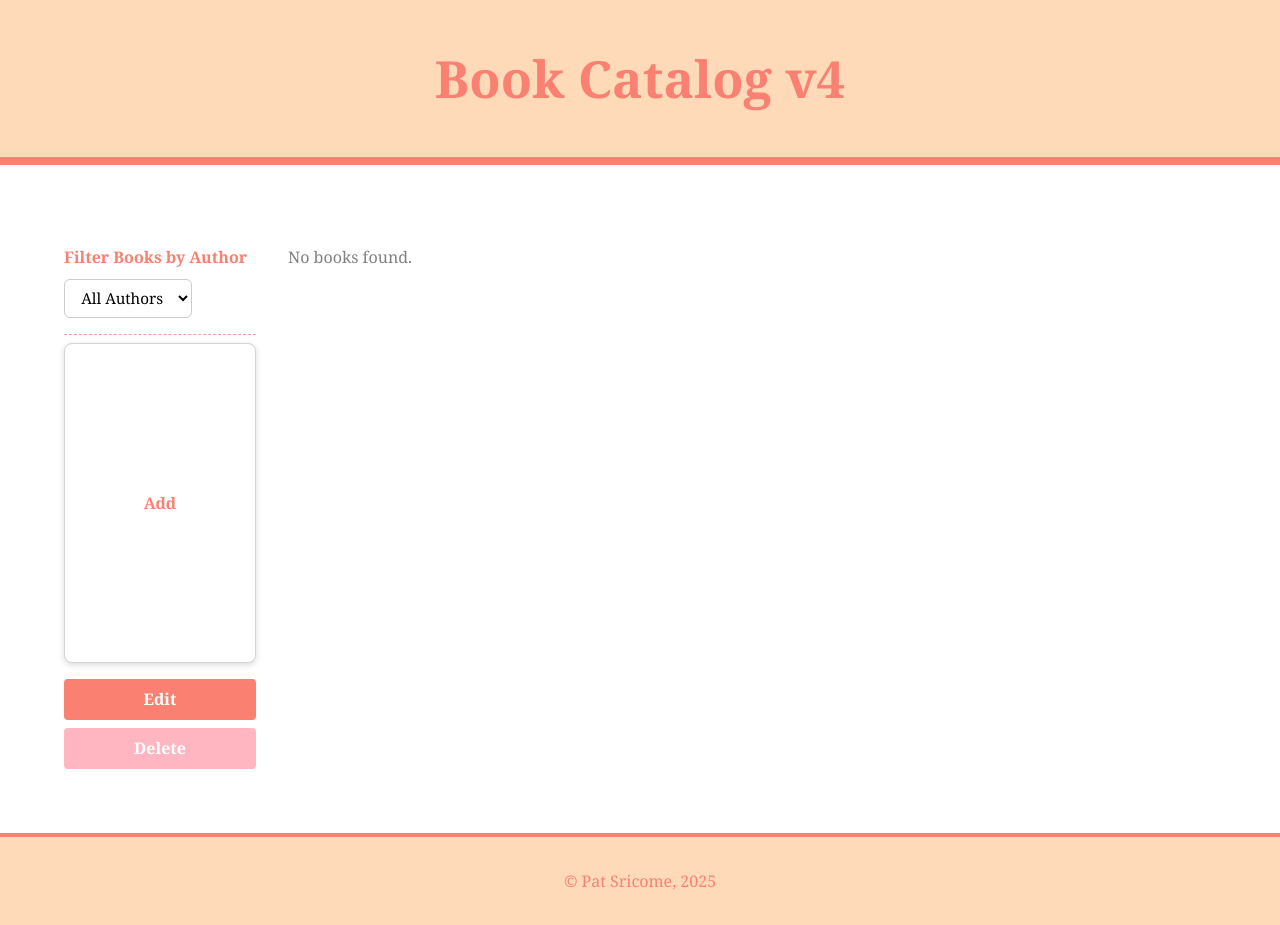
Repository: patcha-d3/book-catalog-v5
Page: /
An editor plug-in stored every save of this project. The page is shown before and after the next save, followed by the edit.
The browser window is 1280 px wide. The pictures show the whole page.
The project was rebuilt for these pictures with package versions that can differ from the ones it lists, and the page was loaded fresh each time. Also part of the build but not shown: vite.config.js, src/book.jsx.

Above is the page before, as saved 2025-10-28 23:06:11.

### index.html
<!DOCTYPE html>
<html lang="en">
  <head>
    <meta charset="UTF-8" />
    <link rel="icon" type="image/svg+xml" href="/vite.svg" />
    <meta name="viewport" content="width=device-width, initial-scale=1.0" />
    <title>Pat's Rendering lists</title>
  </head>
  <body>
    <div id="root"></div>
    <script type="module" src="/src/main.jsx"></script>
  </body>
</html>

### src/App.jsx
// App.jsx
import { useEffect, useRef, useState } from "react";
import "./App.css";
import Modal from "./components/Modal.jsx";
import AddBook from "./components/AddBook.jsx";
import Book from "./book.jsx";
import BookFilter from "./components/BookFilter.jsx"; // ถ้ามี

const LS_KEY = "books_v5";

function App() {
  const [books, setBooks] = useState([]);

  // ----- Filter state (ตัวอย่าง: filter by author) -----
  const [filterCriteria, setFilterCriteria] = useState({ author: "" });

  // ----- Edit dialog state -----
  const editDialogRef = useRef(null);
  const [editingBook, setEditingBook] = useState(null);

  // ----- LocalStorage: load once -----
  useEffect(() => {
    try {
      const raw = localStorage.getItem(LS_KEY);
      if (raw) {
        const parsed = JSON.parse(raw);
        if (Array.isArray(parsed)) setBooks(parsed);
      }
    } catch {}
  }, []);

  // ----- LocalStorage: save on change -----
  useEffect(() => {
    localStorage.setItem(LS_KEY, JSON.stringify(books));
  }, [books]);

  // เลือกได้ทีละเล่ม
  const toggleSelect = (isbn13) => {
    setBooks((prev) =>
      prev.map((book) =>
        book.isbn13 === isbn13
          ? { ...book, selected: !book.selected }
          : { ...book, selected: false }
      )
    );
  };

  // เพิ่มหนังสือใหม่
  const handleAddBook = (newBook) => {
    const withDefaults = {
      ...newBook,
      isbn13: crypto?.randomUUID?.() ?? String(Date.now()),
      selected: false,
      image: newBook.url || "https://via.placeholder.com/150x200?text=Book",
      url: newBook.url || "#",
      isUserAdded: true,
    };
    setBooks((prev) => [...prev, withDefaults]);
  };

  // ลบหนังสือที่เลือก
  const handleDeleteBook = () => {
    const selectedBook = books.find((b) => b.selected);
    if (!selectedBook) return alert("Please select a book to delete.");
    setBooks((prev) => prev.filter((b) => b.isbn13 !== selectedBook.isbn13));
  };

  // ----- เปิดฟอร์มแก้ไข -----
  const handleUpdateBook = () => {
    const selectedBook = books.find((b) => b.selected);
    if (!selectedBook) return alert("Please select a book to edit.");
    setEditingBook(selectedBook);
    editDialogRef.current?.showModal();
  };

  // ----- บันทึกผลการแก้ไข -----
  const handleSubmitEdit = (patch) => {
    if (!editingBook) return;
    setBooks((prev) =>
      prev.map((b) =>
        b.isbn13 === editingBook.isbn13
          ? {
              ...b,
              ...patch,
              image: patch.url || b.image, // อัปเดตรูปถ้าเปลี่ยน URL
            }
          : b
      )
    );
    setEditingBook(null);
  };

  // ----- Filter -----
  const handleFilterChange = (e) => {
    const { name, value } = e.target;
    setFilterCriteria((p) => ({ ...p, [name]: value }));
  };

  const uniqueAuthors = [
    ...new Set(books.map((b) => b.author).filter(Boolean)),
  ].sort();

  const filteredBooks = books.filter((b) => {
    const byAuthor =
      !filterCriteria.author || b.author === filterCriteria.author;
    return byAuthor;
  });

  return (
    <div className="app">
      <header className="app-header">
        <h1>Book Catalog v4</h1>
      </header>

      <main className="content">
        <div className="content-add">
          {/* ฟิลเตอร์ (ถ้าใช้งาน) */}
          <BookFilter
            filterCriteria={filterCriteria}
            onFilterChange={handleFilterChange}
            authors={uniqueAuthors}
          />

          {/* ปุ่ม Add + modal */}
          <Modal btnLabel="Add" btnClassName="button-add">
            <AddBook onAdd={handleAddBook} />
          </Modal>

          {/* ปุ่ม Edit / Delete */}
          <div className="action-buttons">
            <button className="button-update" onClick={handleUpdateBook}>
              Edit
            </button>
            <button className="button-delete" onClick={handleDeleteBook}>
              Delete
            </button>
          </div>
        </div>

        <BookTile books={filteredBooks} onSelect={toggleSelect} />
      </main>

      <footer className="footer">
        <p>© Pat Sricome, 2025</p>
      </footer>

      {/* ✅ Edit dialog แยกต่างหาก (ไม่มีปุ่ม x/cancel) */}
      <dialog ref={editDialogRef}>
        {editingBook && (
          <AddBook
            onAdd={handleSubmitEdit}
            initialData={editingBook}
            submitLabel="Update"
          />
        )}
      </dialog>
    </div>
  );
}

function BookTile({ books, onSelect }) {
  if (books.length === 0) {
    return (
      <div className="content-books">
        <p style={{ color: "gray" }}>No books found.</p>
      </div>
    );
  }

  return (
    <div className="content-books">
      {books.map((book) => (
        <Book
          key={book.isbn13}
          title={book.title}
          author={book.author}
          image={book.image}
          selected={book.selected}
          onSelect={() => onSelect(book.isbn13)}
        />
      ))}
    </div>
  );
}

export default App;

### src/App.css
* {
  font-family: Georgia, "Times New Roman", Times, serif;
}

*,
*::before,
*::after {
  box-sizing: border-box;
}

html {
  display: flex;
  flex-direction: column;
  margin: auto;
  background-color: white;
}

html,
body {
  margin: 0;
  padding: 0;
  background-color: white; /* พื้นหลังขาวล้วน */
}

.content > * {
  margin: 0;
}

.app {
  display: flex;
  flex-direction: column;
  min-height: 100vh; /* ให้ container สูงเต็มหน้าจอ */
  background-color: white;
}

.app-header {
  position: relative;
  top: 0;
  left: 0;
  z-index: 1000;
  width: 100vw;
  background-color: peachpuff;
  color: salmon;
  padding: 1em;
  border-bottom: 8px solid salmon;
  text-align: center;
}

.content {
  flex: 1;
  display: flex;
  flex-direction: row;
  gap: 2em;
  padding: 4em;
  background-color: white;
}

.content-add {
  flex: 0 0 auto;
}

.action-buttons {
  display: flex;
  flex-direction: column;
  gap: 0.5em;
  margin-top: 1em;
  width: 100%;
}

.button-add,
.card-book {
  display: flex;
  flex-direction: column;
  justify-content: center;
  align-items: center;
  min-width: 12em;
  height: 20em;
  border: 1px solid lightgrey;
  border-radius: 0.5em;
  background-color: #fff;
  transition: background-color 0.3s ease, color 0.3s ease;
}

.button-add {
  color: salmon;
  font-weight: bold;
}

.button-add h2 {
  font-size: 1.2em;
  font-weight: normal;
  color: grey;
}

.button-add:hover {
  background-color: darkred;
  color: salmon;
  border: 2px solid salmon;
  font-weight: bold;
}

.button-add:hover h2 {
  color: white; /* make text readable on blue */
}

.content-books {
  display: flex;
  flex-wrap: wrap;
  justify-content: flex-start;
  gap: 2em;
  flex: 1;
}

.card-book div {
  margin: 0 auto;
}

.card-book {
  position: relative; /* ให้ปุ่ม x ยึดกับกรอบ card */
  display: flex;
  flex-direction: column;
  max-width: 12em;
  height: 20em;
  padding: 0.5em;
  border-radius: 0.5em;
  text-align: center;
  color: grey;
  background-color: white;
  overflow: hidden;
}

.card-book-image {
  flex: 0 0 auto;
  display: grid;
  place-items: center;
  max-width: 100%;
  max-height: 100%;
  margin: 0 auto;
}

.card-book-image img {
  width: 100%;
  height: 100%;
  object-fit: contain;
}

.card-book-body {
  display: flex;
  flex-direction: column;
  flex: 1; /* stretch body to take all available space */
}

.card-book-price {
  font-weight: bold;
  margin: 0.5em 0;
  color: #333;
}

.link-button {
  margin-top: auto; /* push button to bottom */
  width: 100%;
  background-color: salmon;
  color: white;
  padding: 0.5em 2.4em;
  text-align: center;
  text-decoration: none;
  font-weight: bold;
  border-radius: 8px;
  transition: background-color 0.3s ease, color 0.3s ease;
}

.link-button::hover {
  background-color: white;
  color: darkred;
}

@media (max-width: 480px) {
  .button-add,
  .card-book {
    max-width: 100%;
  }
}

.footer {
  bottom: 0;
  text-align: center;
  width: 100vw;
  background-color: peachpuff;
  color: salmon;
  padding: 1em;
  border-top: 4px solid salmon;
  margin-top: auto;
}

.card-book,
.button-add {
  box-shadow: 0 2px 6px rgba(0, 0, 0, 0.15);
  transition: box-shadow 0.3s ease, transform 0.3s ease;
}

.card-book:hover,
.button-add:hover {
  box-shadow: 0 4px 12px rgba(0, 0, 0, 0.35);
  transform: translateY(-5px);
}

.book-card span {
  display: inline-block;
  margin-left: 8px;
  font-weight: bold;
  cursor: pointer;
  color: red;
}

.btn-remove {
  font-family: Arial, Helvetica, sans-serif;
  position: absolute;
  top: 0;
  right: 0;
  display: inline-block;
  padding: 0 0.5em;
  background: #eee;
  cursor: pointer;
}

.btn-remove:hover {
  background: #db4141;
  color: white;
}

.form-container {
  padding: 0 3em;

  > form {
    padding: 2em;

    button {
      margin-left: 10em;
    }
  }
  .form-control {
    label {
      display: inline-block;
      width: 10em;
    }
    margin: 1em 0;
  }
}

dialog {
  background-color: white;
  color: #333;
}

dialog form {
  background-color: white;
  color: #333;
}

.card-book.selected {
  border: 3px solid salmon;
  transform: scale(1.02);
}

.book-title {
  font-size: 1rem;
  font-weight: bold;
  color: #333;
  margin: 0.5em 0 0 0;
}

.book-author {
  font-size: 0.9rem;
  color: #666;
  margin: 0.25em 0;
}

.button-update,
.button-delete {
  width: 100%;
  padding: 0.6em 0;
  font-weight: bold;
  border: none;
  color: white;
  cursor: pointer;
  border-radius: 4px;
}

.button-update {
  background-color: salmon;
}

.button-update:hover,
.button-delete:hover {
  background-color: darkred;
}

.button-delete {
  background-color: lightpink;
}

/* ---------- Modal (dialog) ---------- */
dialog {
  border: none;
  border-radius: 12px;
  padding: 2.5em;
  width: 420px;
  max-width: 90%;
  background-color: #fff;
  box-shadow: 0 6px 20px rgba(0, 0, 0, 0.2);
}

dialog::backdrop {
  background-color: rgba(0, 0, 0, 0.4);
}

/* ---------- Form Container ---------- */
.form-container {
  display: flex;
  flex-direction: column;
  align-items: stretch;
}

.form-container h2 {
  text-align: center;
  margin-bottom: 1.5em;
  color: salmon;
}

/* ---------- Each Form Row ---------- */
.form-row {
  display: flex;
  flex-direction: column;
  margin-bottom: 1em;
}

.form-row label {
  margin-bottom: 0.3em;
  font-weight: bold;
  color: #555;
  font-size: 0.9rem;
}

.form-row input {
  padding: 0.6em 0.8em;
  border: 1px solid #ccc;
  border-radius: 6px;
  font-size: 0.9rem;
  transition: border-color 0.2s ease;
}

.form-row input:focus {
  outline: none;
  border-color: salmon;
  box-shadow: 0 0 0 2px rgba(250, 128, 114, 0.25);
}

/* ---------- Buttons ---------- */
.modal-buttons {
  display: flex;
  justify-content: center;
  gap: 1em;
  margin-top: 1.5em;
}

.modal-buttons button {
  min-width: 100px;
  padding: 0.6em 1.2em;
  border: none;
  border-radius: 6px;
  font-size: 0.9rem;
  font-weight: bold;
  cursor: pointer;
  transition: all 0.25s ease;
}

/* Save button */
.modal-buttons .btn.primary {
  background-color: salmon;
  color: white;
}

.modal-buttons .btn.primary:hover {
  background-color: darkred;
}

/* Cancel button */
.modal-buttons button[type="button"] {
  background-color: lightgray;
  color: #333;
}

.modal-buttons button[type="button"]:hover {
  background-color: #ccc;
}

.modal-buttons {
  display: flex;
  justify-content: center;
  margin-top: 1.5em;
}

.modal-buttons button {
  width: 60%;
  padding: 0.7em 0;
  border: none;
  border-radius: 6px;
  font-weight: bold;
  background-color: salmon;
  color: white;
  cursor: pointer;
  transition: all 0.25s ease;
}

.modal-buttons button:hover {
  background-color: darkred;
}

/* Filter panel */
.filter-controls {
  display: flex;
  flex-direction: column;
  gap: 0.6em;
  padding: 1em 0;
  margin-bottom: 0.5em;
  border-bottom: 1px dashed #f1a08f; /* โทนใกล้ salmon */
}

.filter-controls h3 {
  font-size: 1rem;
  margin: 0;
  color: salmon;
}

.filter-row {
  display: flex;
  flex-direction: column;
  gap: 0.6em;
}

.author-dropdown {
  padding: 0.5em 0.8em;
  border: 1px solid #ccc;
  border-radius: 6px;
  background-color: #fff;
  font-size: 0.95rem;
}

.author-dropdown:focus {
  outline: none;
  border-color: salmon;
  box-shadow: 0 0 0 2px rgba(250, 128, 114, 0.2);
}

### src/components/Modal.jsx
import { useRef } from "react";

function Modal({ btnLabel, children, btnClassName }) {
  const modalRef = useRef();

  const openModal = () => modalRef.current.showModal();
  const closeModal = () => modalRef.current.close();

  return (
    <>
      <button onClick={openModal} className={btnClassName}>
        {btnLabel}
      </button>

      <dialog ref={modalRef}>{children}</dialog>
    </>
  );
}

export default Modal;

### src/components/AddBook.jsx
import { useEffect, useState } from "react";

function AddBook({ onAdd, initialData = null, submitLabel = "Save" }) {
  const [formData, setFormData] = useState({
    title: "",
    author: "",
    publisher: "",
    year: "",
    language: "",
    pages: "",
    url: "",
  });

  // ✅ เติมค่าเริ่มต้นตอนเปิดโหมดแก้ไข
  useEffect(() => {
    if (initialData) {
      setFormData({
        title: initialData.title || "",
        author: initialData.author || "",
        publisher: initialData.publisher || "",
        year: initialData.year ?? "",
        language: initialData.language || "",
        pages: initialData.pages ?? "",
        url: initialData.url || initialData.image || "",
      });
    }
  }, [initialData]);

  const handleChange = (e) => {
    const { name, value } = e.target;
    setFormData((prev) => ({ ...prev, [name]: value }));
  };

  const handleSubmit = (e) => {
    e.preventDefault();

    const payload = {
      title: formData.title.trim(),
      author: formData.author.trim(),
      publisher: formData.publisher.trim(),
      language: formData.language.trim(),
      year: formData.year ? Number(formData.year) : "",
      pages: formData.pages ? Number(formData.pages) : "",
      url: formData.url.trim(),
    };

    if (!payload.title || !payload.author) {
      alert("Please enter at least a title and author.");
      return;
    }

    onAdd(payload);

    // reset เฉพาะตอน add (ไม่รีเซ็ตเวลา edit)
    if (!initialData) {
      setFormData({
        title: "",
        author: "",
        publisher: "",
        year: "",
        language: "",
        pages: "",
        url: "",
      });
    }

    // ปิด dialog ตัวที่ครอบอยู่
    e.target.closest("dialog")?.close();
  };

  return (
    <div className="form-container">
      <h2>{initialData ? "Edit Book" : "Add New Book"}</h2>
      <form onSubmit={handleSubmit} className="modal-form" noValidate>
        <div className="form-row">
          <label htmlFor="title">Title *</label>
          <input
            id="title"
            name="title"
            value={formData.title}
            onChange={handleChange}
            placeholder="Book title"
            required
          />
        </div>
        <div className="form-row">
          <label htmlFor="author">Author *</label>
          <input
            id="author"
            name="author"
            value={formData.author}
            onChange={handleChange}
            placeholder="Author name"
            required
          />
        </div>
        <div className="form-row">
          <label htmlFor="publisher">Publisher</label>
          <input
            id="publisher"
            name="publisher"
            value={formData.publisher}
            onChange={handleChange}
            placeholder="Publisher"
          />
        </div>
        <div className="form-row">
          <label htmlFor="year">Publication Year</label>
          <input
            id="year"
            name="year"
            type="number"
            inputMode="numeric"
            value={formData.year}
            onChange={handleChange}
            placeholder="e.g. 2024"
          />
        </div>
        <div className="form-row">
          <label htmlFor="language">Language</label>
          <input
            id="language"
            name="language"
            value={formData.language}
            onChange={handleChange}
            placeholder="Language"
          />
        </div>
        <div className="form-row">
          <label htmlFor="pages">Pages</label>
          <input
            id="pages"
            name="pages"
            type="number"
            inputMode="numeric"
            value={formData.pages}
            onChange={handleChange}
            placeholder="e.g. 320"
          />
        </div>
        <div className="form-row">
          <label htmlFor="url">Url Link (cover image)</label>
          <input
            id="url"
            name="url"
            type="url"
            inputMode="url"
            value={formData.url}
            onChange={handleChange}
            placeholder="https://example.com/cover.jpg"
          />
        </div>

        <div className="modal-buttons">
          <button type="submit" className="btn primary">
            {submitLabel}
          </button>
        </div>
      </form>
    </div>
  );
}

export default AddBook;

### src/components/BookFilter.jsx
import React from "react";
import "../App.css";

export default function BookFilter({
  filterCriteria,
  onFilterChange,
  authors,
}) {
  return (
    <div className="filter-controls">
      <h3>Filter Books by Author</h3>
      <div className="filter-row">
        <div className="filter-group">
          <select
            id="author-filter"
            name="author"
            value={filterCriteria.author}
            onChange={onFilterChange}
            className="author-dropdown"
          >
            <option value="">All Authors</option>
            {authors.map((author, index) => (
              <option key={index} value={author}>
                {author}
              </option>
            ))}
          </select>
        </div>
      </div>
    </div>
  );
}

Loaded but not shown: src/main.jsx (common file); src/index.css (common file)

After the next save:
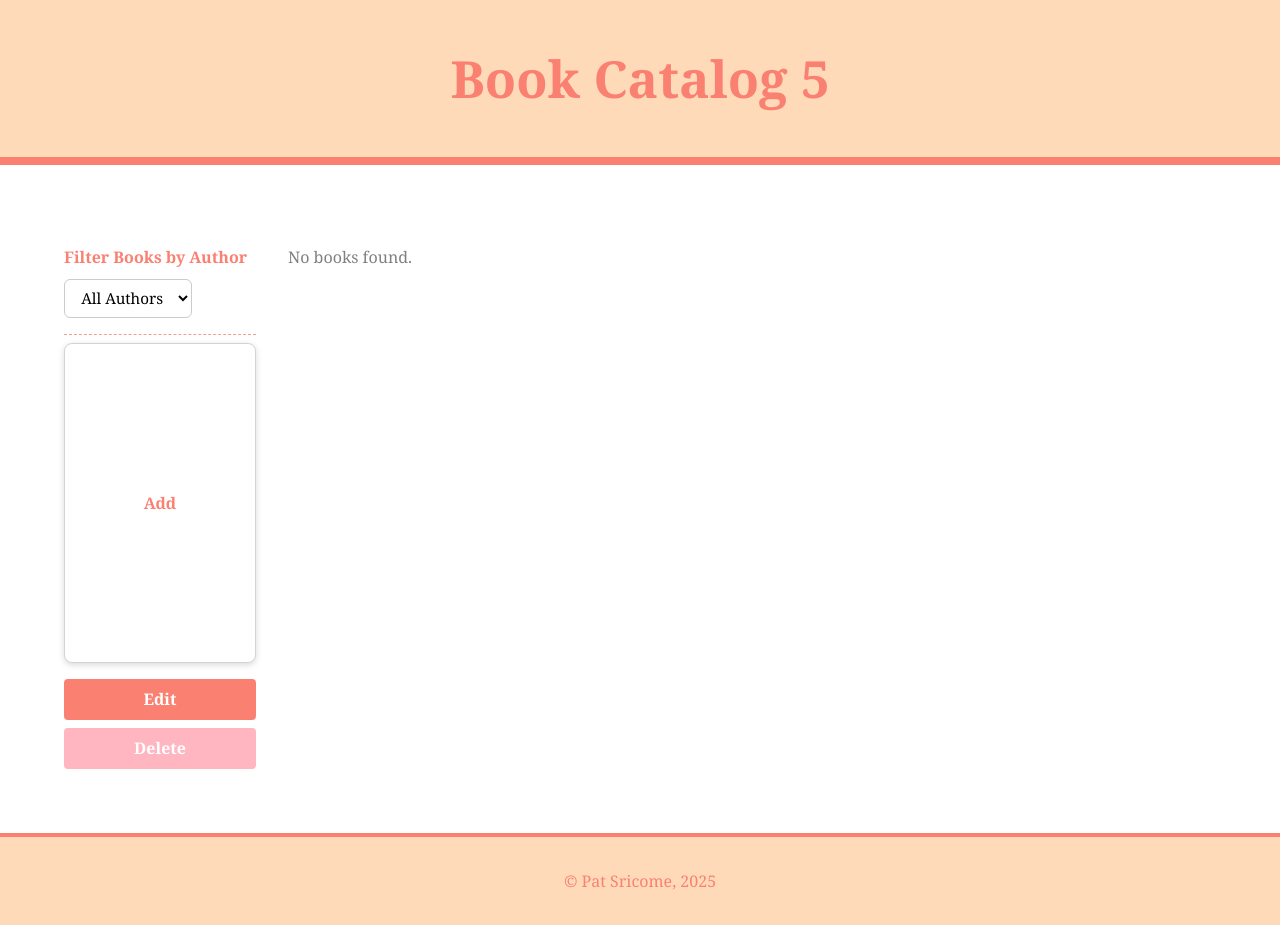
Saved 7 min 35 s later.
--- a/src/App.jsx
+++ b/src/App.jsx
@@ -109,7 +109,7 @@ function App() {
   return (
     <div className="app">
       <header className="app-header">
-        <h1>Book Catalog v4</h1>
+        <h1>Book Catalog 5</h1>
       </header>
 
       <main className="content">
